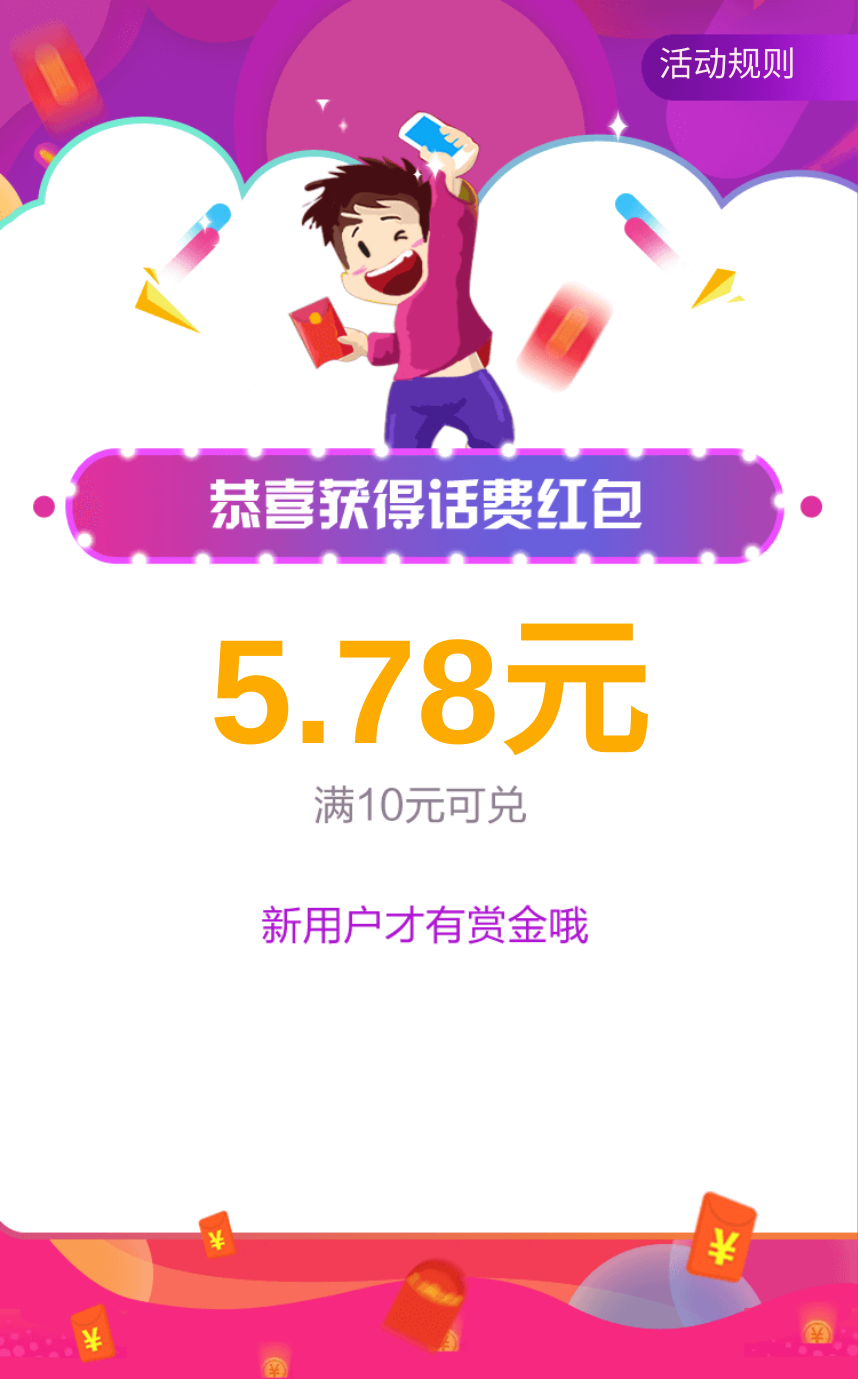
Repository: wangbiaozy/hb
Page: index.html
These files come from the project's save history. The page is drawn as it stood at one moment and after the next save; the edit follows.
The browser window is 1280 px wide. The pictures show the whole page, at 67% of full size.
After loading, the first visible `#cj` was clicked once.

Above is the page before, as saved 2018-08-15 09:37:48.

After the next save:
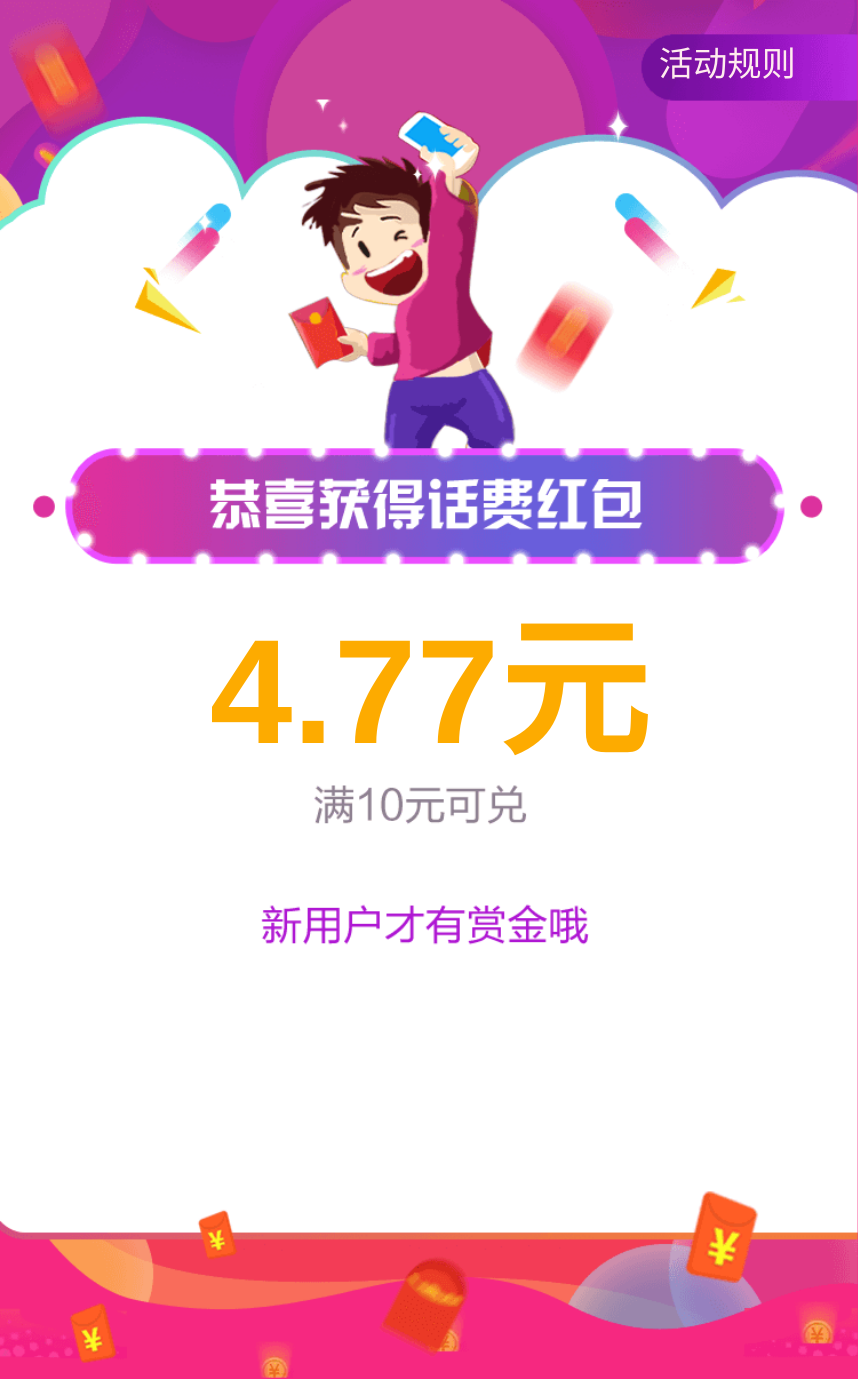
Saved 13 s later.
--- a/js/index.js
+++ b/js/index.js
@@ -20,11 +20,12 @@ $(function () {
     function showResultPageBg(){
         $('section').addClass('result');
     }
-    //奖品金额随机数
-    var num = (Math.random()*9+1).toFixed(2);
+
 
     //首页抽红包按钮
     $('#cj').on('click',function(){
+        //奖品金额随机数
+        var num = (Math.random()*9+1).toFixed(2);
         $('#moneyText').text(num);
         $('.result').show();
         $('.f_page').hide();
